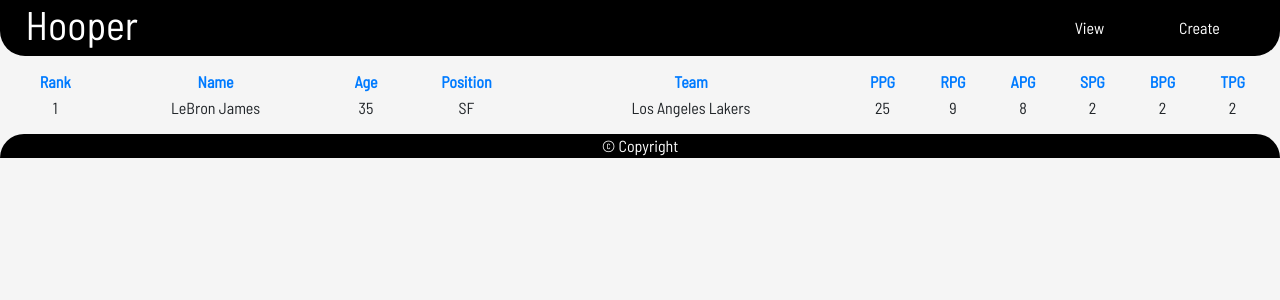
Repository: vlasarte/Hooper
Page: viewplayers.html
These files come from the project's save history. The page is drawn as it stood at one moment and after the next save; the edit follows.
The browser window is 1280 px wide. The pictures show the whole page.

Above is the page before, as saved 2020-02-24 17:18:29.

After the next save:
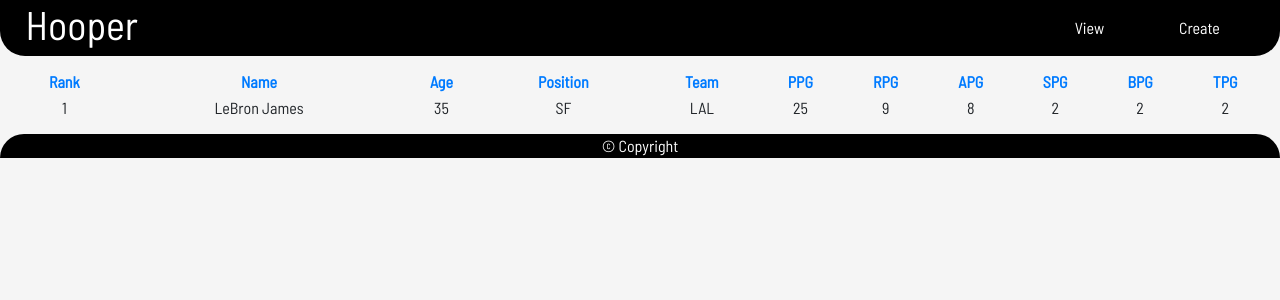
Saved 18 s later.
--- a/viewplayers.html
+++ b/viewplayers.html
@@ -56,7 +56,7 @@
                     <td>LeBron James</td>
                     <td>35</td>
                     <td>SF</td>
-                    <td>Los Angeles Lakers</td>
+                    <td>LAL</td>
                     <td>25</td>
                     <td>9</td>
                     <td>8</td>
